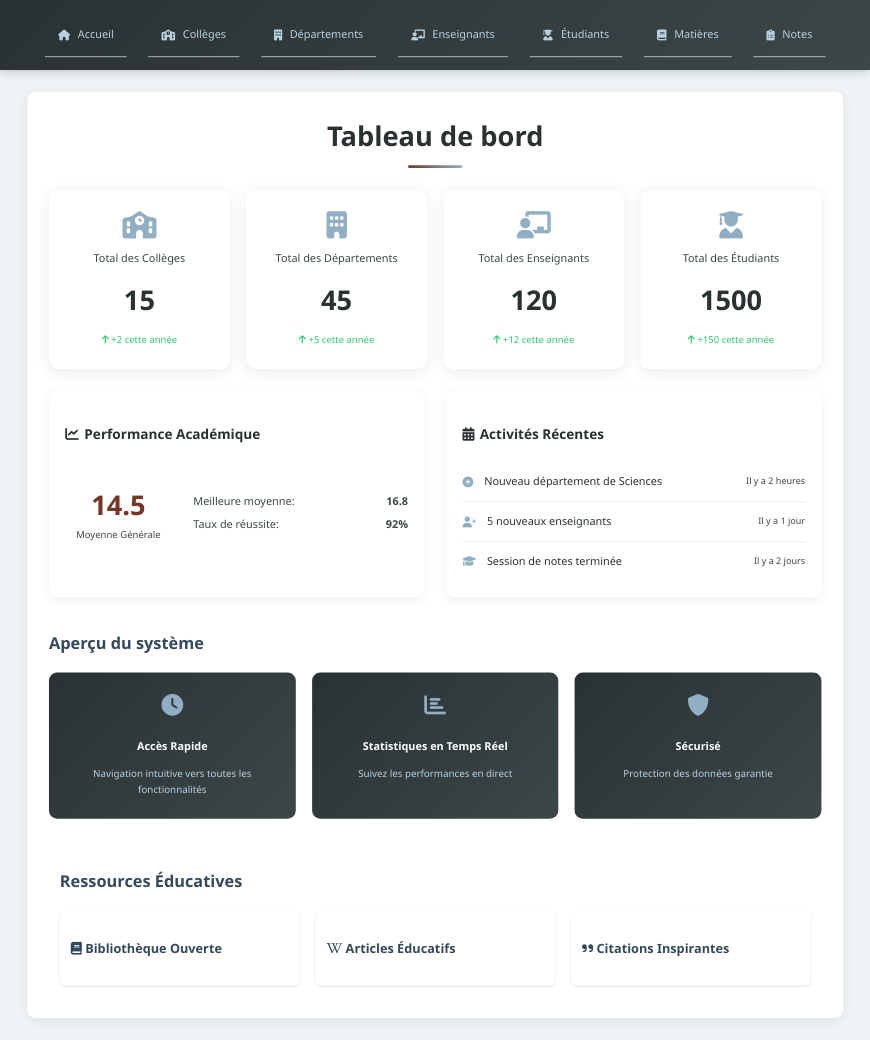
Repository: Ishimw3/college-management
Page: index.html
These files come from the project's save history. The page is drawn as it stood at one moment and after the next save; the edit follows.
The browser window is 1280 px wide. The pictures show the whole page, at 68% of full size.
The page's requests for data from a server got no answer.

Above is the page before, as saved 2025-02-24 21:50:46.
Console error: ReferenceError: UIManager is not defined

After the next save:
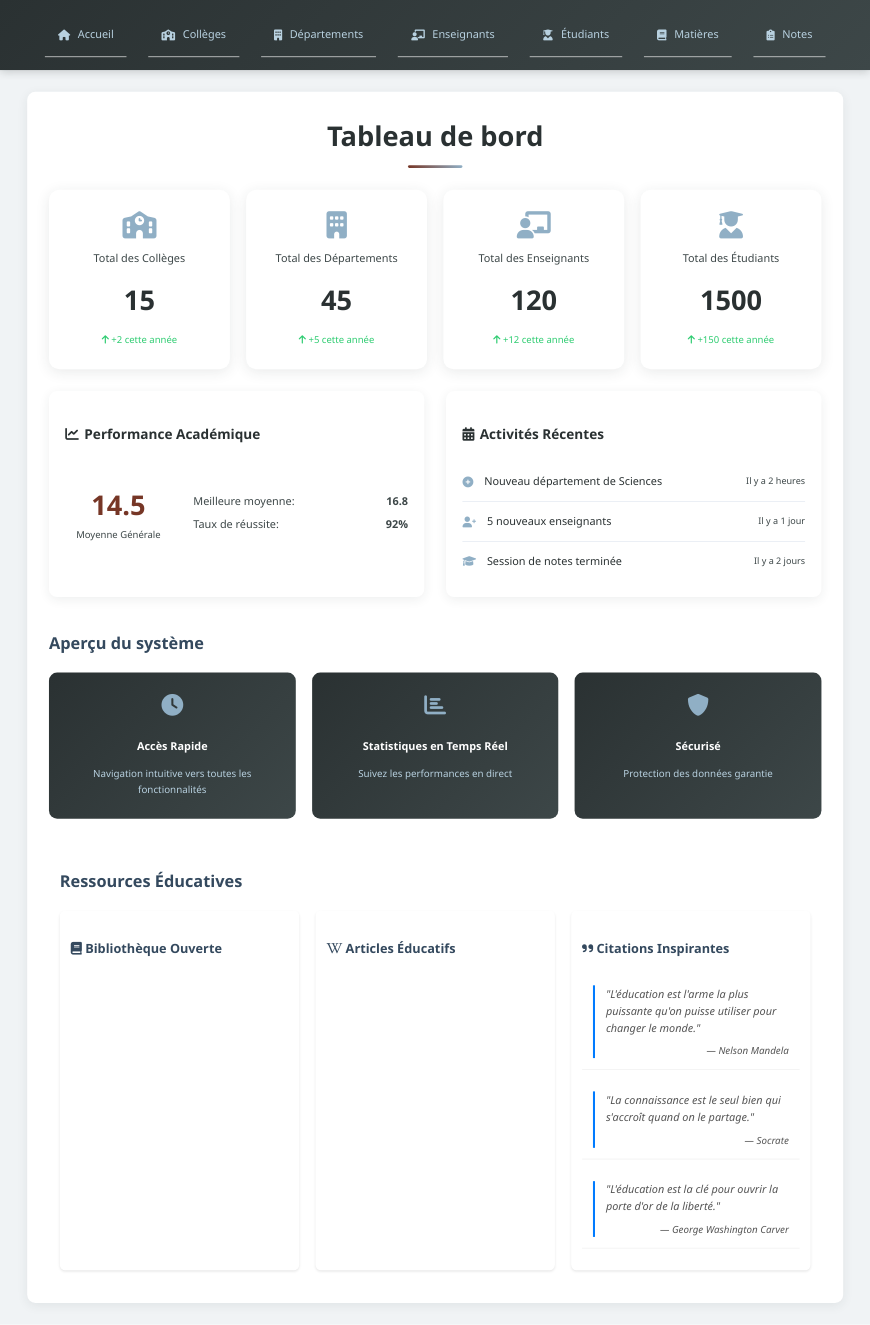
Saved 5 min 46 s later.
--- a/assets/js/free-api-integration.js
+++ b/assets/js/free-api-integration.js
@@ -10,12 +10,12 @@ async function fetchOpenLibrary() {
     }
 }
 
-// Wikipedia
+// Wikipedia API - updated to limit results to 5
 async function fetchWikipediaArticles() {
     try {
         const query = 'Mathematiques';
         const response = await fetch(
-            `https://fr.wikipedia.org/w/api.php?origin=*&action=query&list=search&srsearch=${query}&format=json`
+            `https://fr.wikipedia.org/w/api.php?origin=*&action=query&list=search&srsearch=${query}&format=json&srlimit=5`
         );
         const data = await response.json();
         displayWikipediaArticles(data.query.search);
@@ -24,13 +24,26 @@ async function fetchWikipediaArticles() {
     }
 }
 
+// Updated Quotes API to use a different endpoint
 async function fetchQuotes() {
     try {
-        const response = await fetch('https://api.quotable.io/quotes/random?tags=education,knowledge&limit=3');
-        const data = await response.json();
-        displayQuotes(data);
+        const quotes = [
+            {
+                content: "L'éducation est l'arme la plus puissante qu'on puisse utiliser pour changer le monde.",
+                author: "Nelson Mandela"
+            },
+            {
+                content: "La connaissance est le seul bien qui s'accroît quand on le partage.",
+                author: "Socrate"
+            },
+            {
+                content: "L'éducation est la clé pour ouvrir la porte d'or de la liberté.",
+                author: "George Washington Carver"
+            }
+        ];
+        displayQuotes(quotes);
     } catch (error) {
-        console.error('Error fetching quotes:', error);
+        console.error('Error with quotes:', error);
     }
 }
 
